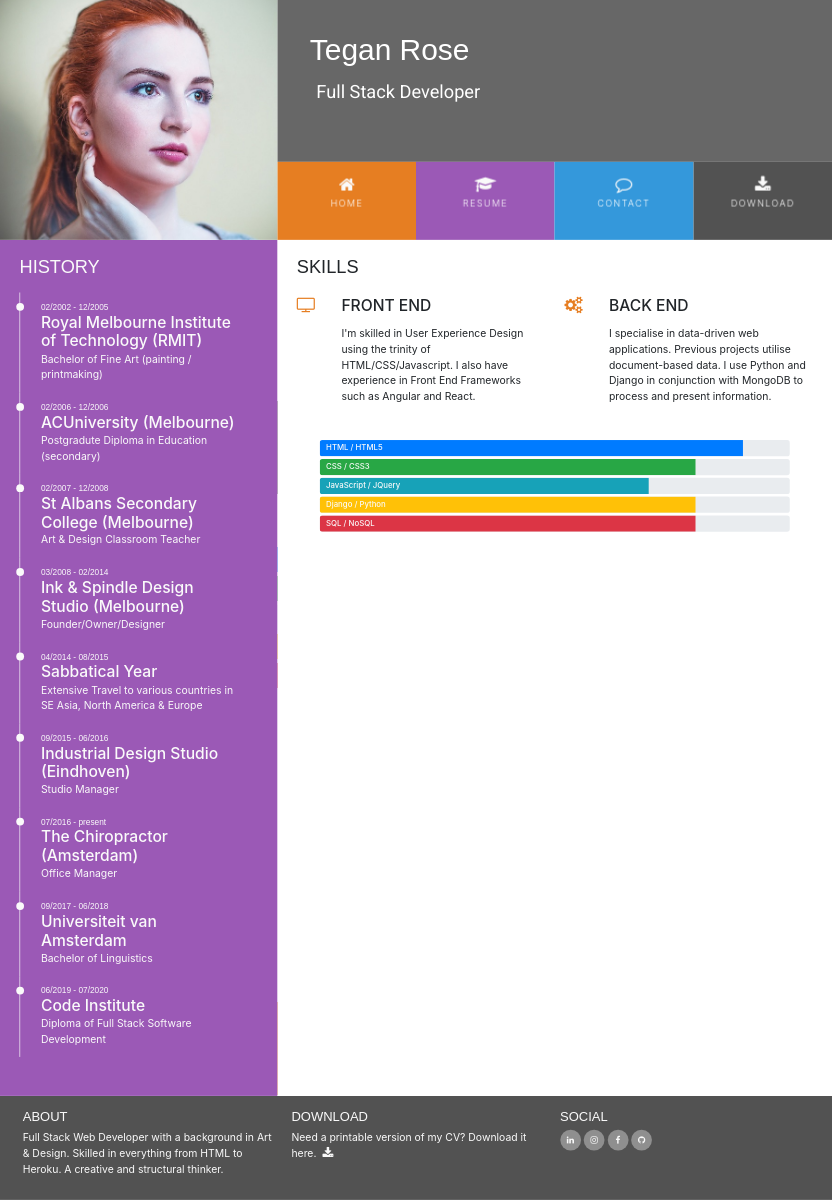
Repository: TSRose/Resume
Page: resume.html
The author's editor kept a record of every edit. The page is drawn from the files as they stood at one moment, then again after the next edit.
The browser window is 1280 px wide. The pictures show the whole page, at 65% of full size.

Above is the page before.

### resume.html
<!DOCTYPE html>
<html lang="en">

<head>
    <meta charset="UTF-8">
    <meta name="viewport" content="width=device-width, initial-scale=1.0">
    <meta http-equiv="X-UA-Compatible" content="ie=edge">
    <link rel="stylesheet" href="https://stackpath.bootstrapcdn.com/bootstrap/4.3.1/css/bootstrap.min.css" type="text/css" />
    <link rel="stylesheet" href="https://stackpath.bootstrapcdn.com/font-awesome/4.7.0/css/font-awesome.min.css" type="text/css" />
    <link rel="stylesheet" href="assets/css/style.css" type="text/css" />
    <link rel="stylesheet" href="https://cdnjs.cloudflare.com/ajax/libs/hover.css/2.3.1/css/hover-min.css" type="text/css" />
    <title>Tegan Rose</title>
</head>

<body>
    <header>
        <div class="row no-gutters">
            <a href="index.html" class="col-md-4 logo">

            </a>
            <div class="col-md-8">
                <div class="row no-gutters bg-color-name-title">
                    <div class="col">
                        <h1 class="name">Tegan Rose</h1>
                        <h2 class="title"> Full Stack Developer</h2>
                    </div>
                </div>
                <div class="row no-gutters">
                    <div class="col">
                        <ul id="nav" class="list-inline menucontainer">
                            <li class="col-6 col-sm-3 ui-menu-color-home list-inline-item menuitem">
                                <a href="index.html" class="hvr-sweep-to-bottom"><i class="fa fa-home" aria-hidden="true"></i><span>Home</span></a>
                            </li>
                            <li class="col-6 col-sm-3 ui-menu-color-resume list-inline-item menuitem">
                                <a href="resume.html" class="hvr-sweep-to-bottom"><i class="fa fa-graduation-cap" aria-hidden="true"></i><span>Resume</span></a>
                            </li>
                            <li class="col-6 col-sm-3 ui-menu-color-contact list-inline-item menuitem">
                                <a href="contact.html" class="hvr-sweep-to-bottom"><i class="fa fa-comment-o" aria-hidden="true"></i><span>Contact</span></a>
                            </li>
                            <li class="col-6 col-sm-3 ui-menu-color-download list-inline-item menuitem">
                                <a href="assets/cv/trose_resume.pdf" target="_blank" class="hvr-sweep-to-bottom"><i class="fa fa-download" aria-hidden="true"></i><span>Download</span></a>
                            </li>
                        </ul>
                    </div>
                </div>
            </div>
        </div>
    </header>
    <section class="container-fluid">
        <div class="row">
            <div class="col-md-4 bg-color-work-history section-column">
                <div class="row">
                    <div class="col-12">
                        <h3 class="history-heading uppercase">
                            History
                        </h3>
                    </div>
                </div>
                <div class="history-items">
                    <div class="timeline-item" data-dates="02/2002 - 12/2005">
                        <h4>Royal Melbourne Institute of Technology (RMIT)</h4>
                        <p>Bachelor of Fine Art (painting / printmaking)</p>
                    </div>
                    <div class="timeline-item" data-dates="02/2006 - 12/2006">
                        <h4>ACUniversity (Melbourne)</h4>
                        <p>Postgradute Diploma in Education (secondary)</p>
                    </div>
                    <div class="timeline-item" data-dates="02/2007 - 12/2008">
                        <h4>St Albans Secondary College (Melbourne)</h4>
                        <p>Art & Design Classroom Teacher</p>
                    </div>
                    <div class="timeline-item" data-dates="03/2008 - 02/2014">
                        <h4>Ink & Spindle Design Studio (Melbourne)</h4>
                        <p>Founder/Owner/Designer</p>
                    </div>
                    <div class="timeline-item" data-dates="04/2014 - 08/2015">
                        <h4>Sabbatical Year </h4>
                        <p>Extensive Travel to various countries in SE Asia, North America & Europe</p>
                    </div>
                    <div class="timeline-item" data-dates="09/2015 - 06/2016">
                        <h4>Industrial Design Studio (Eindhoven)</h4>
                        <p>Studio Manager</p>
                    </div>
                    <div class="timeline-item" data-dates="07/2016 - present">
                        <h4>The Chiropractor (Amsterdam)</h4>
                        <p>Office Manager</p>
                    </div>
                    <div class="timeline-item" data-dates="09/2017 - 06/2018">
                        <h4>Universiteit van Amsterdam</h4>
                        <p>Bachelor of Linguistics</p>
                    </div>
                    <div class="timeline-item" data-dates="06/2019 - 07/2020">
                        <h4>Code Institute</h4>
                        <p>Diploma of Full Stack Software Development</p>
                    </div>
                </div>
            </div>
            <div class="col-md-8 bg-color-three-reasons section-column">
                <div class="row">
                    <div class="col">
                        <h3 class="section-heading uppercase">Skills</h3>
                    </div>
                </div>
                <div class="row">
                    <div class="col-10 offset-1 offset-sm-0 col-sm-4 col-md-6">
                        <div class="row">
                            <div class="col-2">
                                <i class="three-reasons-icon fa fa-tv" aria-hidden="true"></i>
                            </div>
                            <div class="col-10">
                                <h4 class="three-reasons-heading uppercase">Front End</h4>
                                <p>
                                    I'm skilled in User Experience Design using the trinity of HTML/CSS/Javascript. I also have experience in Front End Frameworks such as Angular and React.
                                </p>
                            </div>
                        </div>
                    </div>
                    <div class="col-10 offset-1 offset-sm-0 col-sm-4 col-md-6">
                        <div class="row">
                            <div class="col-2">
                                <i class="three-reasons-icon fa fa-gears" aria-hidden="true"></i>
                            </div>
                            <div class="col-10">
                                <h4 class="three-reasons-heading uppercase">Back End</h4>
                                <p>
                                    I specialise in data-driven web applications. Previous projects utilise document-based data. I use Python and Django in conjunction with MongoDB to process and present information.
                                    <p/>
                            </div>
                        </div>
                    </div>
                </div>
                <div class="row progress-section">
                    <div class="col">
                        <div class="progress">
                            <div class="progress-bar" role="progressbar" aria-valuenow="90" aria-valuemin="0" aria-valuemax="100" style="width:90%;">
                                <span class="sr-only">90% complete</span>
                            </div>
                            <span class="progress-type">HTML / HTML5</span>
                        </div>
                        <div class="progress">
                            <div class="progress-bar bg-success" role="progressbar" aria-valuenow="80" aria-valuemin="0" aria-valuemax="100" style="width:80%;">
                                <span class="sr-only">80% complete</span>
                            </div>
                            <span class="progress-type">CSS / CSS3</span>
                        </div>
                        <div class="progress">
                            <div class="progress-bar bg-info" role="progressbar" aria-valuenow="70" aria-valuemin="0" aria-valuemax="100" style="width:70%;">
                                <span class="sr-only">70% complete</span>
                            </div>
                            <span class="progress-type">JavaScript / JQuery</span>
                        </div>
                        <div class="progress">
                            <div class="progress-bar bg-warning" role="progressbar" aria-valuenow="80" aria-valuemin="0" aria-valuemax="100" style="width:80%;">
                                <span class="sr-only">80% complete</span>
                            </div>
                            <span class="progress-type">Django / Python</span>
                        </div>
                        <div class="progress">
                            <div class="progress-bar bg-danger" role="progressbar" aria-valuenow="80" aria-valuemin="0" aria-valuemax="100" style="width:80%;">
                                <span class="sr-only">80% complete</span>
                            </div>
                            <span class="progress-type">SQL / NoSQL</span>
                        </div>
                    </div>
                </div>
            </div>
        </div>

    </section>
    <footer class="container-fluid">
        <div id="footer-details" class="row">
            <div class="col-sm-4">
                <h5 class="uppercase general-sub">About</h5>
                <p class="inline-block">
                    Full Stack Web Developer with a background in Art & Design. Skilled in everything from HTML to Heroku. A creative and structural thinker.
                </p>
            </div>
            <div class="col-sm-4">
                <h5 class="uppercase general-sub">Download</h5>
                <p class="inline-block">
                    Need a printable version of my CV? Download it here.
                    <a href="assets/cv/trose_resume.pdf" target="_blank" class="cv-pdf">
                        <i class="fa fa-download" aria-hidden="true"></i>
                        <span class="sr-only">Download link.</span>
                    </a>
                </p>
            </div>
            <div class="col-sm-4">
                <h5 class="uppercase general-sub">Social</h5>
                <ul class="list-inline social-links">
                    <li class="list-inline-item">
                        <a target="_blank" href="#">
                        <i class="fa fa-linkedin" aria-hidden="true"></i>
                        <span class="sr-only">LinkedIn</span>
                        </a>
                    </li>
                    <li class="list-inline-item">
                        <a target="_blank" href="#">
                        <i class="fa fa-instagram" aria-hidden="true"></i>
                        <span class="sr-only">Instagram</span>
                        </a>
                    </li>
                    <li class="list-inline-item">
                        <a target="_blank" href="#">
                        <i class="fa fa-facebook" aria-hidden="true"></i>
                        <span class="sr-only">Facebook</span>
                        </a>
                    </li>
                    <li class="list-inline-item">
                        <a target="_blank" href="#">
                        <i class="fa fa-github" aria-hidden="true"></i>
                        <span class="sr-only">GitHub</span>
                        </a>
                    </li>

                </ul>
            </div>
        </div>
    </footer>
</body>

</html>

### assets/css/style.css
@import url('https://fonts.googleapis.com/css?family=Roboto&display=swap:100,200,300,400,500,600,700 | Exo:100,200,300,400,500,600,700');

/*------------------------------------Colours */

.bg-color-name-title {
    background-color: #676767;
}

.bg-color-three-reasons {
    background-color: #fff;
}

.ui-menu-color-home {
    background-color: #e67e22;
}

.ui-menu-color-resume {
    background-color: #9b59b6;
}

.ui-menu-color-contact {
    background-color: #3498db;
}

.ui-menu-color-download {
    background-color: #525252;
}

.bg-color-personal-info {
    background-color: #f4f4f4
}

.bg-color-work-history {
    background-color: #9b59b6;
}

.bg-color-contact {
    background-color: #fff;
}

/*------------------------------------Special paddings/margins/text */

h1,
h2,
h3,
h4 {
    margin: 0;
}

.uppercase {
    text-transform: uppercase;
}

.general-sub {
    font-family: "Exo", sans-serif;
    font-weight: 300;
    color: #fafafa;
}

.inline-block {
    display: inline-block;
}

.row-table {
    display: table;
}

.section-column {
    display: table-cell;
    padding: 0 30px 30px;
    float: none;
}

.history-heading,
.section-heading {
    font-family: "Exo", sans-serif;
    font-weight: 300;
    margin-top: 25px;
    margin-bottom: 30px;
}

/*------------------------------------Headings */

header {
    margin: 0;
}

.heading {
    margin-left: 50px;
}

.logo {
    background: url("../images/logo.jpg");
    background-position: center;
    background-repeat: no-repeat;
    background-size: cover;
    min-height: 360px;
    transition: all .5s ease-in-out;
    -moz-transition: all .5s ease-in-out;
    -webkit-transition: all .5s ease-in-out;
}

.name {
    font-family: "Exo", sans-serif;
    font-weight: 100;
    font-size: 46px;
    margin-top: 50px;
    margin-left: 50px;
    color: #fff;
}

.title {
    font-family: "Roboto", sans-serif;
    font-weight: 200;
    font-size: 28px;
    margin-top: 20px;
    margin-bottom: 90px;
    margin-left: 60px;
    color: #fff;
}

.list-inline-item:not(:last-child) {
    margin: 0;
}

.menucontainer {
    font-size: 0;
}

#nav {
    margin: 0;
}

#nav li {
    font-size: 14px;
    padding: 0;
}

.menuitem {
    height: 120px;
    text-align: center;
    padding: 0;
}

.menuitem a {
    width: 100%;
    text-decoration: 0;
    color: #fff;
    height: 120px;
}

.menuitem a i {
    padding-top: 22px;
    display: block;
    color: #fafafa;
    font-size: 26px;
}

.menuitem span {
    display: block;
    width: 100%;
    padding-top: 5px;
    text-align: center;
    text-transform: uppercase;
    font-size: 14px;
    font-weight: 300;
    letter-spacing: 2px;
}

/*------------------------------------Hover.css */

.hvr-sweep-to-bottom:before {
    background-color: rgba(0, 0, 0, 0.2) !important;
    height: 120px;
}

/*------------------------------------Footer */

footer {
    background-color: #525252;
    color: #fafafa;
    min-height: 120px;
    margin: 0;
}

.cv-pdf i {
    font-size: 18px;
    color: #fafafa;
    text-align: center;
    padding-left: 5px;
    transition: all 0.35s ease-in-out;
    -moz-transition: all 0.35s ease-in-out;
    -webkit-transition: all 0.35s ease-in-out;
    -o-transition: all 0.35s ease-in-out;
}

.cv-pdf i:hover {
    color: #e84610;
}

.social-links {
    padding-bottom: 15px;
}

.social-links li a i {
    width: 32px;
    height: 32px;
    padding: 12px 0;
    border-radius: 50%;
    font-size: 13px;
    line-height: 7px;
    text-align: center;
    color: #fafafa;
    background: #8f8f8f;
    transition: all 0.35s ease-in-out;
    -moz-transition: all 0.35s ease-in-out;
    -webkit-transition: all 0.35s ease-in-out;
    -o-transition: all 0.35s ease-in-out;
}

.social-links li a i:hover {
    background: #e84610;
}

#footer-details {
    padding: 20px;
}


/*------------------------------------Three Reasons */

.three-reasons-icon {
    font-size: 26px;
    color: #e67e22;
}

.three-reasons-heading {
    margin-bottom: 15px;
}


/*------------------------------------Personal Info */

.personal-info-item {
    margin-bottom: 20px;
    display: block;
    clear: both;
}

.personal-info-item .key,
.personal-info-item .value {
    padding-right: 8px;
    display: inline-block;
}

.personal-info-item .key p,
.personal-info-item .value p {
    margin: 0;
}

.personal-info-item .key {
    width: 30%;
    margin-right: 21px;
    padding-top: 2px;
    vertical-align: top;
}

.personal-info-item .key p {
    font-weight: 700;
}

.personal-info-item .value {
    position: relative;
    width: 60%;
}

/*------------------------------------Skills */

.progress {
    position: relative;
    height: 25px;
    margin-bottom: 4px;
}

.progress-type {
    position: absolute;
    left: 0px;
    font-weight: 500;
    padding: 3px 30px 2px 10px;
    color: #fafafa;
}

.progress-section {
    margin: 40px 20px;
}

/*------------------------------------Work History */

.history-heading {
    color: #fafafa;
    margin-bottom: 15px;
}

.timeline-item {
    padding: 2em 2em 1em 2em;
    position: relative;
    color: #fafafa;
    border-left: 1px solid;
}

.timeline-item p {
    padding: 0;
    margin: 0;
}

.timeline-item:before {
    content: attr(data-dates);
    position: absolute;
    left: 2.5em;
    top: 1em;
    display: block;
    font-family: "Exo", sans-serif;
    font-weight: 500;
    font-size: 0.8em;
    padding: 0;
    margin: 0;
}

.timeline-item:after {
    width: 12px;
    height: 12px;
    display: block;
    top: 1em;
    position: absolute;
    left: -6px;
    border-radius: 12px;
    content: '';
    background: #fafafa;
}

.history-items {
    margin-top: .5em;
    margin-bottom: 30px;
}

/*------------------------------------Contact Form */

.contact-heading {
    font-family: "Exo", sans-serif;
    font-weight: 300;
    margin-top: 25px;
    margin-bottom: 20px;
}

.center-form {
    padding-top: 10px;
    margin: 0 auto;
    max-width: 70%;
}

button[type="submit"] {
    margin-top: 15px;
    margin-bottom: 20px;
    color: #fafafa;
    background-color: #3498db;
}

/*------------------------------------media Queries */

@media(min-width: 992px) {
    .center-form {
        padding-top: 30px;
        min-height: 240px;
        margin: 0 auto;
        max-width: 50%;
    }
}

div#map {min-height: 360px;}

After the next edit:
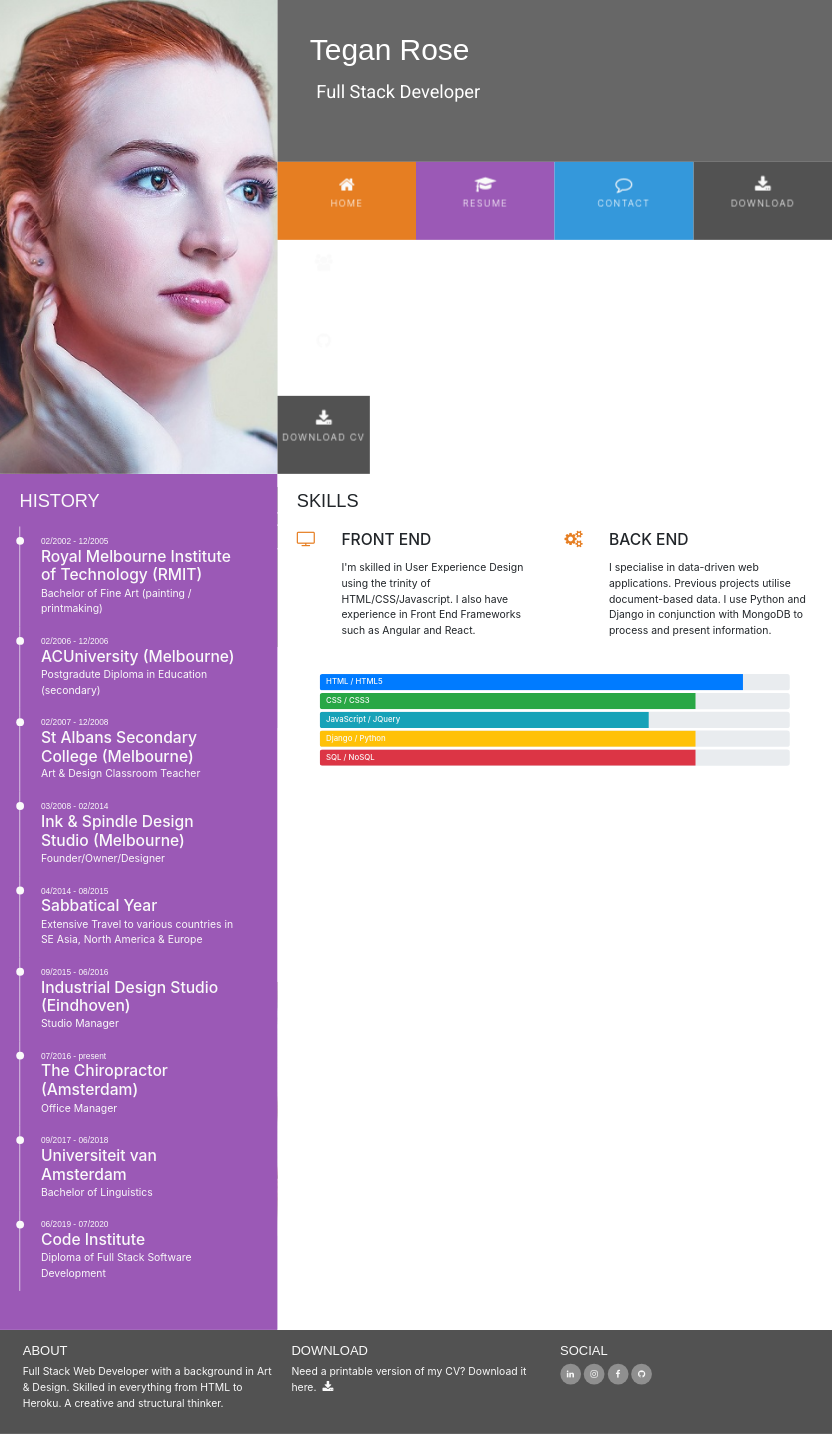
The edit:
--- a/resume.html
+++ b/resume.html
@@ -40,6 +40,15 @@
                             <li class="col-6 col-sm-3 ui-menu-color-download list-inline-item menuitem">
                                 <a href="assets/cv/trose_resume.pdf" target="_blank" class="hvr-sweep-to-bottom"><i class="fa fa-download" aria-hidden="true"></i><span>Download</span></a>
                             </li>
+                            <li class="col-xs-6 col-sm-2 ui-menu-color-interests menuitem">
+                                <a href="interests.html" class="hvr-sweep-to-bottom"><i class="fa fa-users" aria-hidden="true"></i><span>Interests</span></a>
+                            </li>
+                            <li class="col-xs-6 col-sm-2 ui-menu-color-github menuitem">
+                                <a href="github.html" class="hvr-sweep-to-bottom"><i class="fa fa-github" aria-hidden="true"></i><span>GitHub</span></a>
+                            </li>
+                            <li class="col-xs-6 col-sm-2 ui-menu-color-download menuitem">
+                                <a href="assets/cv/sample-cv.pdf" target="_blank" class="hvr-sweep-to-bottom"><i class="fa fa-download" aria-hidden="true"></i><span>Download CV</span></a>
+                            </li>
                         </ul>
                     </div>
                 </div>
